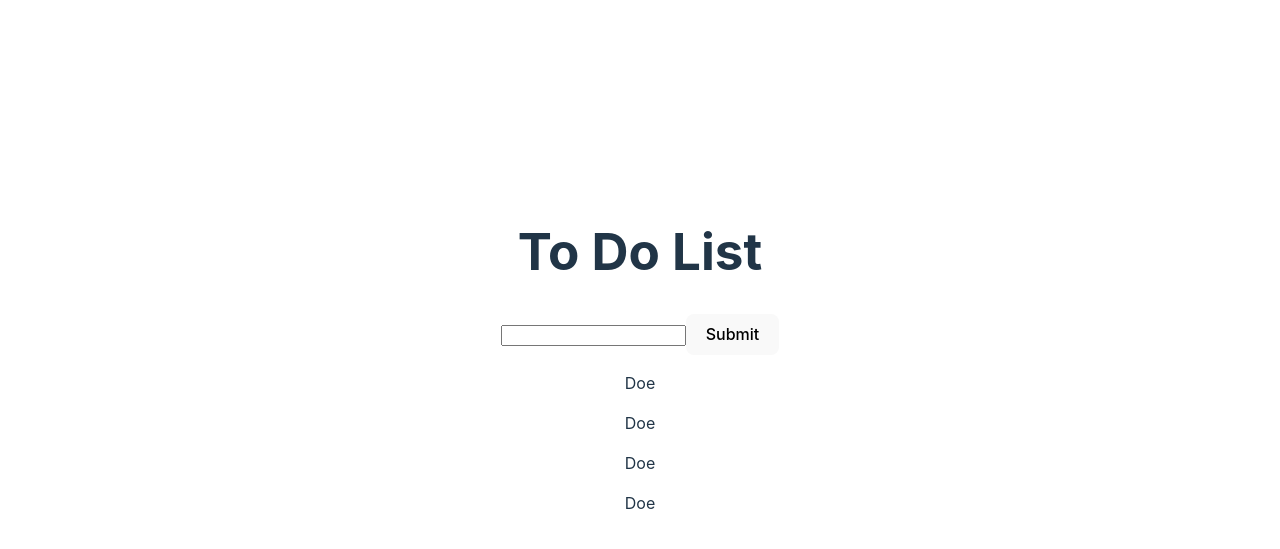
Repository: Jennica1/FRONT_END_WEEK06
Page: / (app in react/)
These files come from the project's save history. The page is drawn as it stood at one moment and after the next save; the edit follows.
The browser window is 1280 px wide. The pictures show the whole page.
The project was rebuilt for these pictures with package versions that can differ from the ones it lists, and the page was loaded fresh each time. Also part of the build but not shown: react/vite.config.js.

Above is the page before, as saved 2024-10-10 12:33:02.

After the next save:
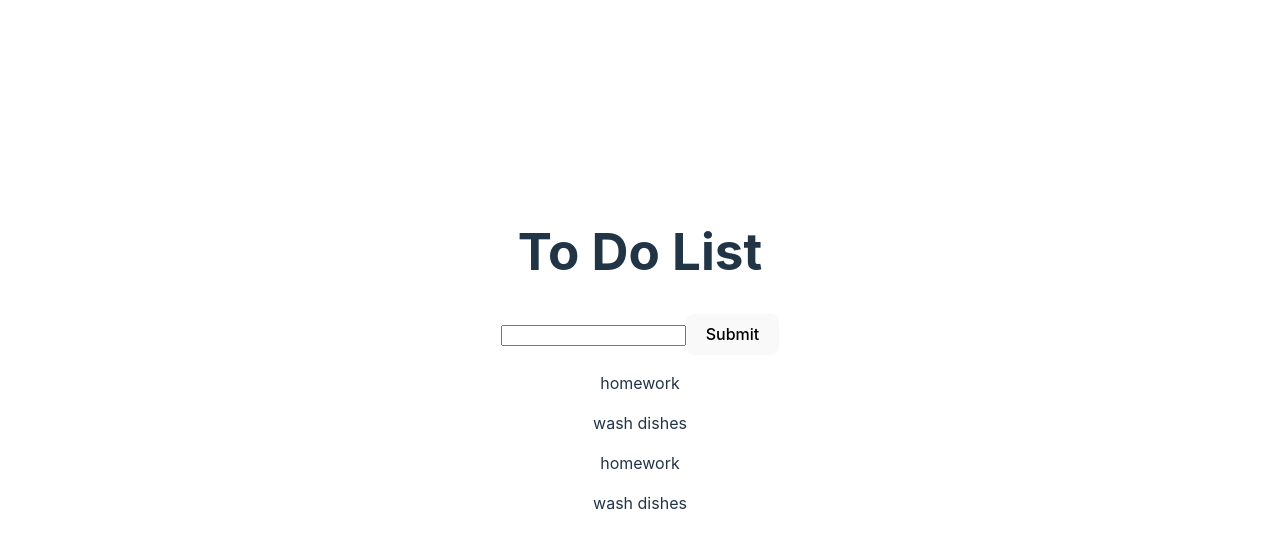
Saved 23 s later.
--- a/react/src/components/TaskForm.jsx
+++ b/react/src/components/TaskForm.jsx
@@ -10,11 +10,11 @@ import { useState } from 'react'
 const data = [
   {
     id: 1,
-    taskName: 'Doe'
+    taskName: 'homework'
   },
   {
     id: 2,
-    taskName: 'Doe'
+    taskName: 'wash dishes'
 
   },
 ]
